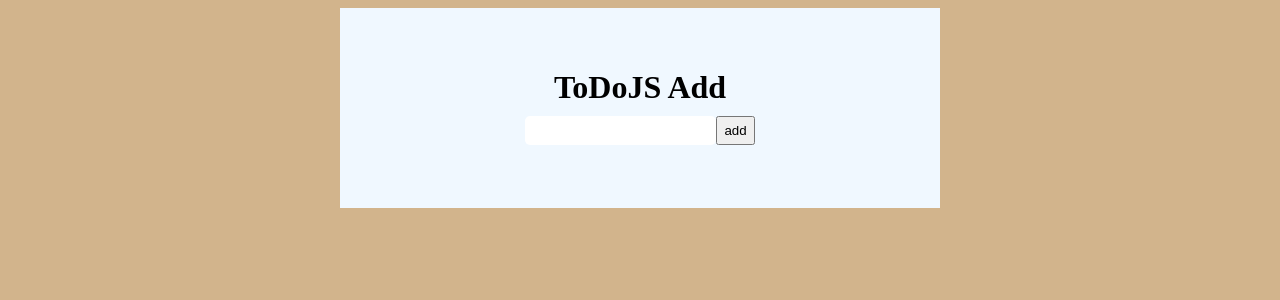
Repository: Savich01/ToDo
Page: index.html
These files come from the project's save history. The page is drawn as it stood at one moment and after the next save; the edit follows.
The browser window is 1280 px wide. The pictures show the whole page.

Above is the page before, as saved 2024-05-03 12:26:28.

### index.html
<!DOCTYPE html>
<html lang="en">
<head>
    <meta charset="UTF-8">
    <meta name="viewport" content="width=device-width, initial-scale=1.0">
    <link rel="stylesheet" href="css/style.css">
    <title>ToDO</title>
</head>
<body>
        <div class="block1">
            <div class="block-sub">
                <h1 class="title">ToDoJS Add</h1>
                <div class="personal">
                    <input class="personal-input1" type="text">
                    <button class="personal-btn">add</button>
                </div>
            </div>
            <div class="block-sub2">

            </div>
        </div>
        <script src="js/script.js"></script>
</body>
</html>

### css/style.css
body {
    max-width: 100%;
    background: tan;
}

.block1 {
    max-width: 600px;
    background-color: aliceblue;
    height: 200px;
    margin: 0 auto;
}

.block-sub {
    max-width: 200px;
    margin: 0 auto;
    padding: 40px 0 0 0;
    display: flex;
    flex-direction: column;
    align-items: center;
    text-align: center;
}

.input1 {
    padding: 7px;
}

.personal {
    display: flex;
    /* border-radius: 10%; */
}
.personal-input1 {
    padding: 7px;
    border-radius: 5px;
    border: none;
}
.title {
   color: #000;
   margin-bottom: 10px;

}


/*--------------------ПЕРВЫЙ БЛОК-------------------------------------*/

Loaded but not shown: js/script.js (no copy from this time; the picture is the same without it)

After the next save:
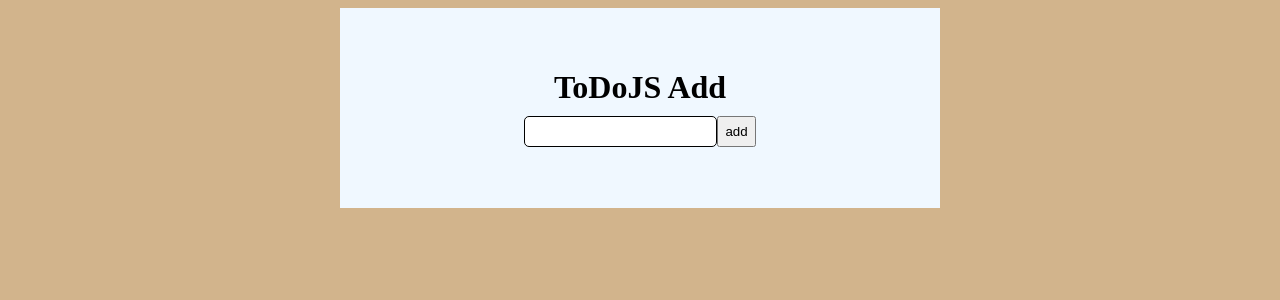
Saved 12 s later.
--- a/css/style.css
+++ b/css/style.css
@@ -31,7 +31,7 @@ body {
 .personal-input1 {
     padding: 7px;
     border-radius: 5px;
-    border: none;
+    border: 1px solid #000;
 }
 .title {
    color: #000;
